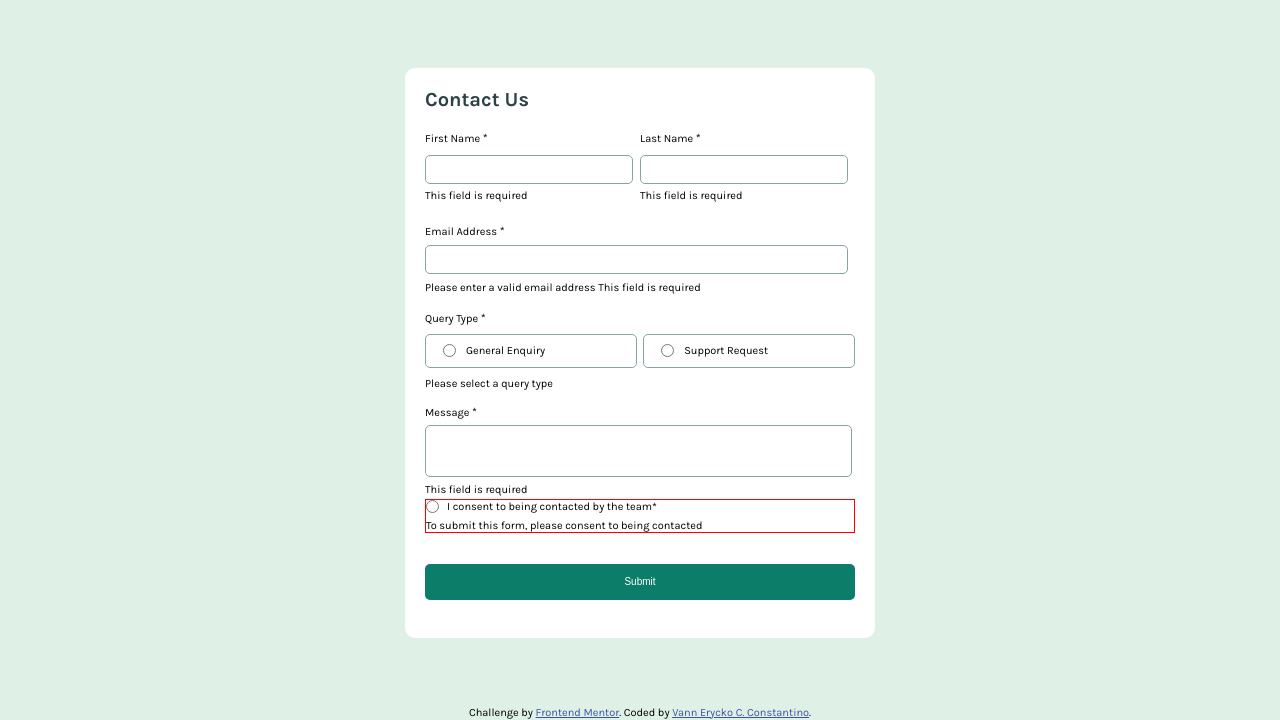
Repository: kocokoy/contact-form
Page: contact-form-main/index.html
An editor plug-in stored every save of this project. The page is shown before and after the next save, followed by the edit.
The browser window is 1280 px wide. The pictures show the whole page.

Above is the page before, as saved 2024-10-24 11:28:18.

### contact-form-main/index.html
<!DOCTYPE html>
<html lang="en">
<head>
  <meta charset="UTF-8">
  <meta name="viewport" content="width=device-width, initial-scale=1.0"> <!-- displays site properly based on user's device -->

  <link rel="icon" type="image/png" sizes="32x32" href="./assets/images/favicon-32x32.png">
  <link rel="stylesheet" href="/contact-form-main/styles/style.css">
  <link rel="preconnect" href="https://fonts.googleapis.com">
  <link rel="preconnect" href="https://fonts.gstatic.com" crossorigin>
  <link href="https://fonts.googleapis.com/css2?family=Karla:ital,wght@0,200..800;1,200..800&family=Red+Hat+Text:ital,wght@0,300..700;1,300..700&display=swap" rel="stylesheet">
  <title>Frontend Mentor | Contact form</title>

  <!-- Feel free to remove these styles or customise in your own stylesheet 👍 -->
  <style>
    .attribution { font-size: 11px; text-align: center; }
    .attribution a { color: hsl(228, 45%, 44%); }
  </style>
</head>
<body>
  <div class="container">
    <div class="contact-form-card">
      <h1 class="contact-us-header">
        Contact Us
      </h1>
      <div class="name-section">
        <div class="first-name-section">
          <p>
            First Name
            <span>*</span>
          </p>
          <input type="text" name="" id="">
          <p>
            This field is required
          </p>
        </div>
        <div class="last-name-section">
          <p>
            Last Name
            <span>*</span>
          </p>
          <input type="text" name="" id="">
          <p>
            This field is required
          </p>
        </div>
      </div>
      <div class="email-section">
        <p>Email Address  <span>*</span></p>
        <input type="text">
        <p>Please enter a valid email address
          This field is required</p>
      </div>
      <div class="query-type-section">
        <p>Query Type  <span>*</span></p>
        <div class="radio-query-type-section">
          <div class="general-radio-query-type-section">
            <input type="radio">
            General Enquiry
          </div>
          <div class="support-radio-query-type-section">
            <input type="radio">
            Support Request
          </div>
        </div>
        <p>Please select a query type</p>
      </div>
      <div class="message-section">
        <p>Message  <span>*</span></p>
        <input type="text">
        <p>This field is required</p>
      </div>
      <div class="consent-section">
        <div>
          <input type="radio">
          I consent to being contacted by the team  <span>*</span>
        </div>
        <p> To submit this form, please consent to being contacted</p>
      </div>
      <div class="submit-btn-section">
        <button>
          Submit</button>
      </div>
    </div>
  </div>




  <!-- Message Sent!
  Thanks for completing the form. We'll be in touch soon! -->

  <div class="attribution">
    Challenge by <a href="https://www.frontendmentor.io?ref=challenge">Frontend Mentor</a>.
    Coded by <a href="#">Vann Erycko C. Constantino</a>.
  </div>
</body>
</html>

### contact-form-main/styles/style.css
:root{
  /* Primary */
  --Green200: hsl(148, 38%, 91%);
  --Green600: hsl(169, 82%, 27%);
  --Red:hsl(0, 66%, 54%);

  --White: hsl(0, 0%, 100%);
  --Grey500: hsl(186, 15%, 59%);
  --Grey900: hsl(187, 24%, 22%);
}

body{
  padding: 0;
  margin: 0;
  background-color: var(--Green200);
  font-family: Karla;
  font-size: 11px;
  font-weight: 400;
}

span {
  font-size: 12px;
}

.container{
  display: flex;
  align-items: center;
  justify-content: center;
  height: 98vh;
}

.contact-form-card{
  display: flex;
  flex-direction: column;
  border: 1px var(--Grey500);
  background-color: var(--White);
  height: 530px;
  width: 430px;
  border-radius: 10px;
  padding: 20px;
}

.contact-us-header{
  padding: 0;
  margin: 0;
  font-weight: 700;
  font-size: 20px;
  color: var(--Grey900);
}

.name-section{
  display: flex;
  flex-direction: row;
  justify-content: space-between;
  padding-top: 15px;
}

.name-section p{
  margin: 5px 0;
  padding-bottom: 5px;
}

.name-section input{
 width: 94%;
 height: 25px;
 border: 1px solid var(--Grey500);
 border-radius: 5px;
}

.first-name-section, .last-name-section{
  width: 100%;
}

.email-section{
  padding-top: 5px;
  display: flex;
  flex-direction: column;
}

.email-section p{
  margin:0;
  padding: 7px 0;
}

.email-section input{
  width: 97%;
  height: 25px;
  border-radius: 5px;
  border: 1px solid var(--Grey500);
}

.query-type-section{
  padding-top: 1px;
  display: flex;
  flex-direction: column;
}

.query-type-section p{
  padding: 9px 0;
  margin: 0;
}

.query-type-section .radio-query-type-section{
  display: flex;
  flex-direction: row;
  justify-content: space-between;
}

.query-type-section .radio-query-type-section input{
  margin: 0 10px 0 17px;
  border-color: red;
}

.general-radio-query-type-section ,.support-radio-query-type-section{
  display: flex;
  flex-direction: row;
  align-items: center;
  height: 32px;
  border-radius: 5px;
  border: 1px solid var(--Grey500);
  width: 48.8%;
}

.message-section{
  height: 120px;
}

.message-section p{
 padding: 0;
 margin: 0;
 padding: 6px 0;
}

.message-section input{
 width: 98%;
 height: 55%;
 border-radius: 5px;
 border: 1px solid var(--Grey500);
}

.consent-section{
  display: flex;
  flex-direction: column;
  margin: 13px 0 13px 0;
  border: 1px solid red;

}

.consent-section p{
  padding: 0;
  margin: 5px 0 0 0;
}

.consent-section input{
  margin: 0 8px 0 0;

}

.consent-section div{
  display: flex;
  flex-direction: row;
  justify-content: start;
  align-items: center;
  padding: 0;
}

.submit-btn-section{
  display: flex;
  justify-content: center;
  align-items: center;
  height: 100px;
}

.submit-btn-section button{
  width: 100%;
  height: 50%;
  border: 1px var(--Green600);
  color: var(--White);
  background-color: var(--Green600);
  border-radius: 5px;
  font-size: 10px;
}

After the next save:
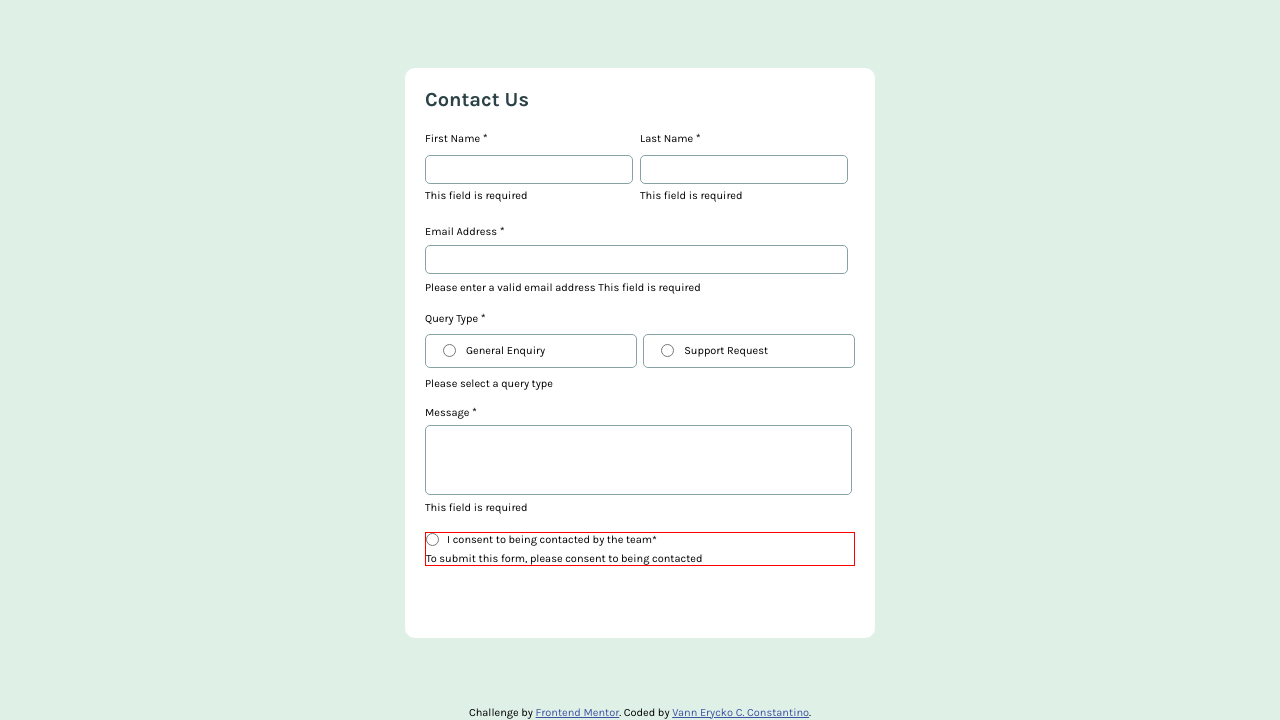
Saved 12 s later.
--- a/contact-form-main/index.html
+++ b/contact-form-main/index.html
@@ -77,10 +77,11 @@
         </div>
         <p> To submit this form, please consent to being contacted</p>
       </div>
-      <div class="submit-btn-section">
+      <!-- <div class="submit-btn-section">
         <button>
-          Submit</button>
-      </div>
+          Submit
+        </button>
+      </div> -->
     </div>
   </div>
 
